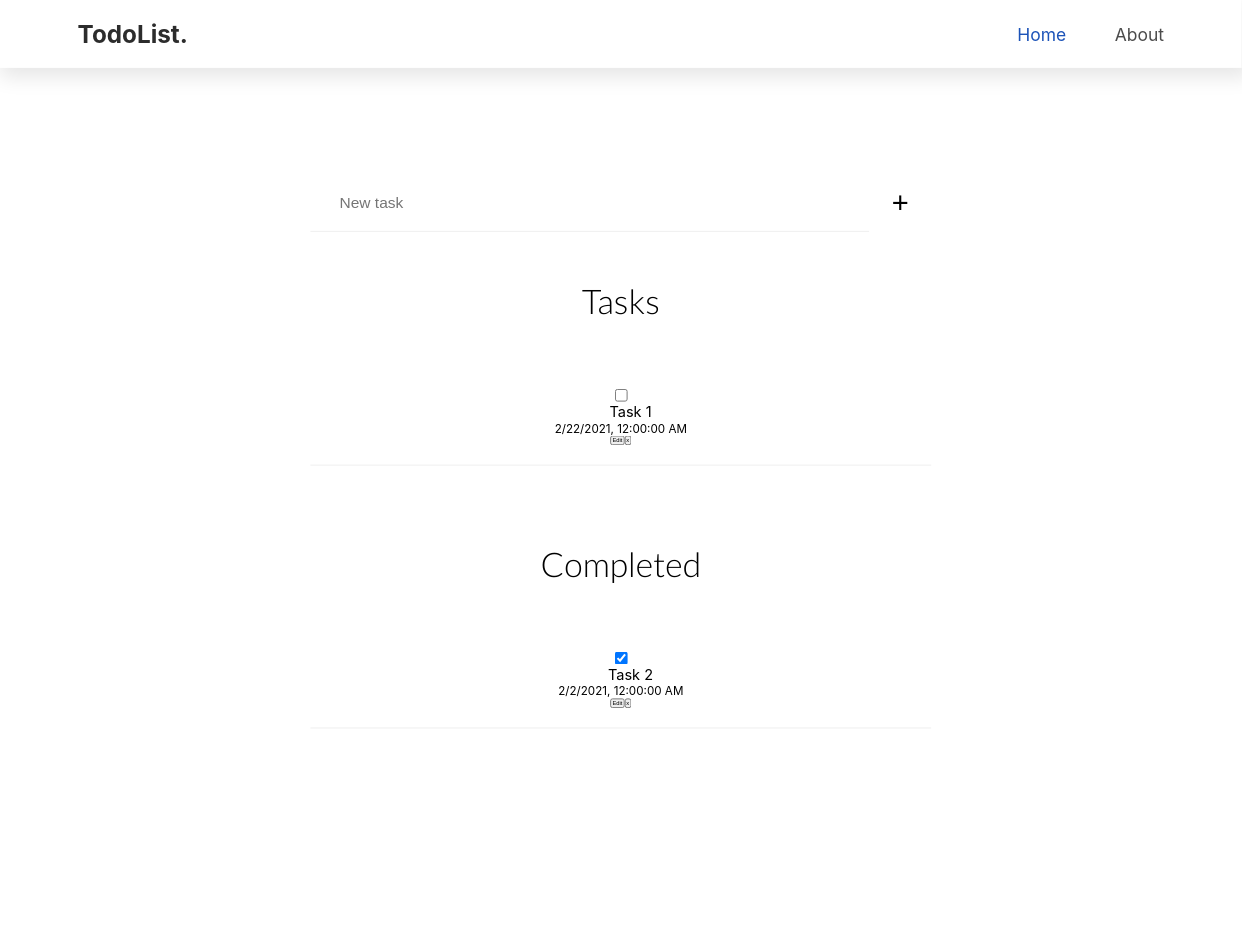
Repository: dqhuy153/react-todoList
Page: /
These files come from the project's save history. The page is drawn as it stood at one moment and after the next save; the edit follows.
The browser window is 1280 px wide. The pictures show the whole page, at 97% of full size.
The project was rebuilt for these pictures with package versions that can differ from the ones it lists, and the page was loaded fresh each time. Also part of the build but not shown: src/components/UI/LoadingSpinner.module.scss.

Above is the page before, as saved 2021-09-16 22:14:52.

### src/App.js
import React, { Suspense } from 'react';
import { Switch, Route } from 'react-router-dom';

import './App.css';
import Layout from './components/layout/Layout';
import LoadingSpinner from './components/UI/LoadingSpinner';

const Home = React.lazy(() => import('./components/pages/Home'));
const About = React.lazy(() => import('./components/pages/About'));

function App() {
  return (
    <Layout>
      <Suspense
        fallback={
          <div className="centered">
            <LoadingSpinner />
          </div>
        }
      >
        <Switch>
          <Route path="/" exact>
            <Home />
          </Route>
          <Route path="/about">
            <About />
          </Route>
          {/* <Route path="/products" exact>
          <Products />
        </Route>
        <Route path="/products/:productId">
          <ProductDetail />
        </Route> */}
        </Switch>
      </Suspense>
    </Layout>
  );
}

export default App;

### src/App.css
@import url('https://fonts.googleapis.com/css2?family=Lato:ital,wght@0,100;0,300;0,400;0,700;0,900;1,100;1,300;1,400;1,700;1,900&display=swap');

* {
  box-sizing: border-box;
  font-size: 62.5%;
  padding: 0;
  margin: 0;
}

.centered {
  margin: 3rem auto;
  text-align: center;
  display: flex;
  justify-content: center;
  align-items: center;
}

### src/components/layout/Layout.js
import React, { Fragment } from 'react';
import AppNavigation from './AppNavigation';

import styles from './Layout.module.scss';

export default function Layout(props) {
  return (
    <Fragment>
      <AppNavigation logoTitle="TodoList." />
      <main className={styles.main}>{props.children}</main>
    </Fragment>
  );
}

### src/components/UI/LoadingSpinner.js
import styles from './LoadingSpinner.module.scss';

const LoadingSpinner = () => {
  return <div className={styles.spinner}></div>;
};

export default LoadingSpinner;

### src/components/pages/Home.js
import { useState } from 'react';
import TodoList from '../todos/TodoList';

import styles from './Home.module.scss';

const initTodoList = [
  {
    id: 1,
    title: 'Task 1',
    date: new Date('2/22/2021'),
    completed: false,
  },
  {
    id: 2,
    title: 'Task 2',
    date: new Date('2/2/2021'),
    completed: true,
  },
];

export default function Home(props) {
  const [todoList, setTodoList] = useState(initTodoList);
  const [newTask, setNewTask] = useState();

  const handleStatusChange = (id) => {
    let updatedTodoList = todoList.map((todo) => {
      if (todo.id === id) {
        todo.completed = !todo.completed;
      }
      return todo;
    });

    setTodoList(updatedTodoList);
  };

  const handleNewTaskChange = (e) => {
    setNewTask(e.target.value);
  };

  const handleAddNew = () => {
    setTodoList((prev) => [
      ...prev,
      {
        id: Math.random(),
        title: newTask,
        date: new Date(),
        completed: false,
      },
    ]);

    setNewTask('');
  };

  return (
    <div className={styles.container}>
      <div className={styles.add}>
        <input
          placeholder="New task"
          value={newTask}
          onChange={handleNewTaskChange}
        />
        <button onClick={handleAddNew}>+</button>
      </div>
      <h1>Tasks</h1>
      <TodoList
        items={todoList.filter((i) => i.completed === false)}
        onStatusChange={handleStatusChange}
      />
      <h1 className={styles['completed-title']}>Completed</h1>
      <TodoList
        items={todoList.filter((i) => i.completed === true)}
        onStatusChange={handleStatusChange}
      />
    </div>
  );
}

### src/components/layout/AppNavigation.js
import React from 'react';
import { NavLink } from 'react-router-dom';

import styles from './AppNavigation.module.scss';

export default function AppNavigation({ logoTitle = 'Demo.', ...props }) {
  return (
    <header className={styles.header}>
      <div className={styles.logo}>{logoTitle}</div>
      <nav>
        <ul>
          <li>
            <NavLink to="/" exact activeClassName={styles.active}>
              Home
            </NavLink>
          </li>
          <li>
            <NavLink to="/about" activeClassName={styles.active}>
              About
            </NavLink>
          </li>
        </ul>
      </nav>
    </header>
  );
}

### src/components/todos/TodoList.js
import React from 'react';
import TodoItem from './TodoItem';

import styles from './TodoList.module.scss';

export default function TodoList({ items, onStatusChange, ...props }) {
  return (
    <ul className={styles.container}>
      {items.map((item) => (
        <li key={item.id}>
          <TodoItem
            id={item.id}
            title={item.title}
            date={item.date}
            completed={item.completed}
            onStatusChange={onStatusChange}
          />
        </li>
      ))}
    </ul>
  );
}

### src/components/pages/Home.module.scss
.container {
  padding: 18rem 0;

  h1 {
    text-align: center;
    font-family: 'Lato', sans-serif;
    font-weight: 300;
    font-size: 3.5rem;
  }

  .completed-title {
    margin-top: 8rem;
  }

  .add {
    text-align: center;
    margin-bottom: 5rem;
    display: flex;
    align-items: center;
    justify-content: center;

    input {
      border: none;
      border-bottom: 1px solid #eee;
      font-size: 1.6rem;
      width: 45%;
      padding: 2rem 3rem;
      outline: none;
    }

    button {
      width: 5%;
      background: none;
      border: none;
      font-size: 3rem;
      font-weight: 100;
      cursor: pointer;
    }
  }
}

### src/components/layout/AppNavigation.module.scss
.header {
  width: 100%;
  height: 7rem;
  display: flex;
  align-items: center;
  justify-content: space-between;
  background-color: #ffffff;
  padding: 0 8rem;
  box-shadow: 5px 5px 20px 5px rgba(0, 0, 0, 0.1);
  position: fixed;
}

.logo {
  font-size: 2.5rem;
  color: rgb(44, 44, 44);
  font-weight: bold;
}

.header ul {
  list-style: none;
  margin: 0;
  padding: 0;
  display: flex;
  align-items: baseline;
}

.header li {
  margin-left: 5rem;
}

.header a {
  text-decoration: none;
  font-size: 1.8rem;
  color: #4b4b4b;
}

.header a:hover,
.header a:active,
.header a.active {
  color: rgb(28, 83, 184);
}

### src/components/todos/TodoItem.js
import styles from './TodoItem.module.scss';

export default function TodoItem({
  id,
  title,
  date,
  completed,
  onStatusChange,
  ...props
}) {
  return (
    <div className={styles.container}>
      <div className={styles.task}>
        <input
          type="checkbox"
          checked={completed}
          onChange={() => onStatusChange(id)}
        />
        <p>{title}</p>
      </div>
      <div>
        <p className={styles.date}>{date.toLocaleString()}</p>
        <div>
          <button>Edit</button>
          <button>x</button>
        </div>
      </div>
    </div>
  );
}

### src/components/todos/TodoList.module.scss
.container {
  text-align: center;
  width: 50%;
  margin: 5rem auto;
  list-style: none;
}

### src/components/todos/TodoItem.module.scss
.container {
  padding: 2rem 0;
  border-bottom: 1px solid #eee;
}

.task {
  p {
    padding-left: 2rem;
    font-size: 1.5rem;
  }
}

.date {
  font-size: 1.2rem;
}

.flex {
  display: flex;
  align-items: center;
  justify-content: space-between;
}

Loaded but not shown: public/index.html (common file); src/index.js (common file); src/index.css (common file); src/reportWebVitals.js (common file); src/components/layout/Layout.module.scss (no stored copy; drawn as an empty file)

After the next save:
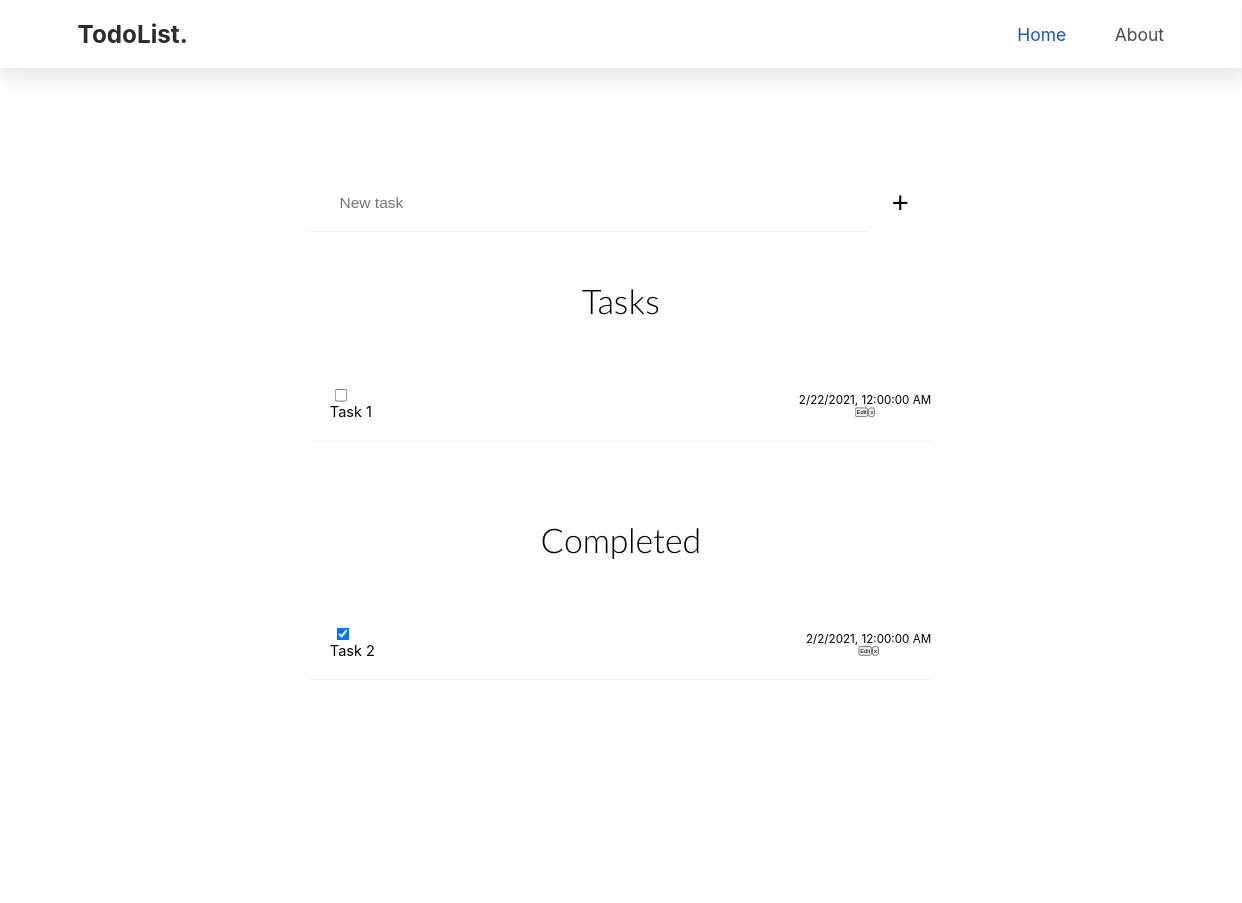
Saved 45 s later.
--- a/src/components/todos/TodoItem.js
+++ b/src/components/todos/TodoItem.js
@@ -9,7 +9,7 @@ export default function TodoItem({
   ...props
 }) {
   return (
-    <div className={styles.container}>
+    <div className={`${styles.container} ${styles.flex}`}>
       <div className={styles.task}>
         <input
           type="checkbox"
